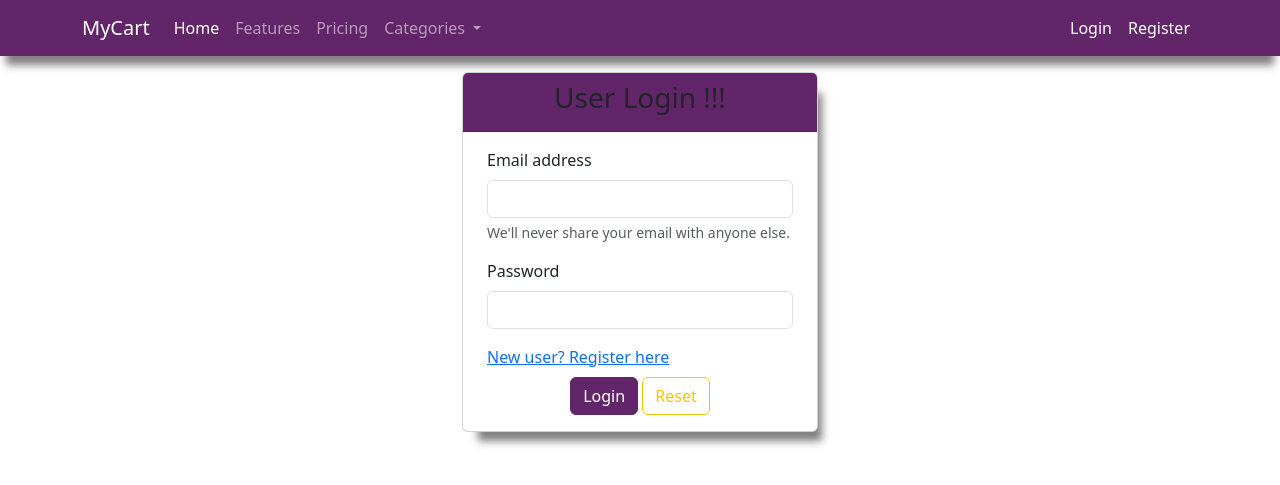
Repository: siddhant-gore/java-ecommerce
Page: http://localhost/myCart/login.jsp
These files come from the project's save history. The page is drawn as it stood at one moment and after the next save; the edit follows.
The browser window is 1280 px wide. The pictures show the whole page.
The page is served by Tomcat 9.

Above is the page before, as saved 2023-05-09 17:55:36.

After the next save:
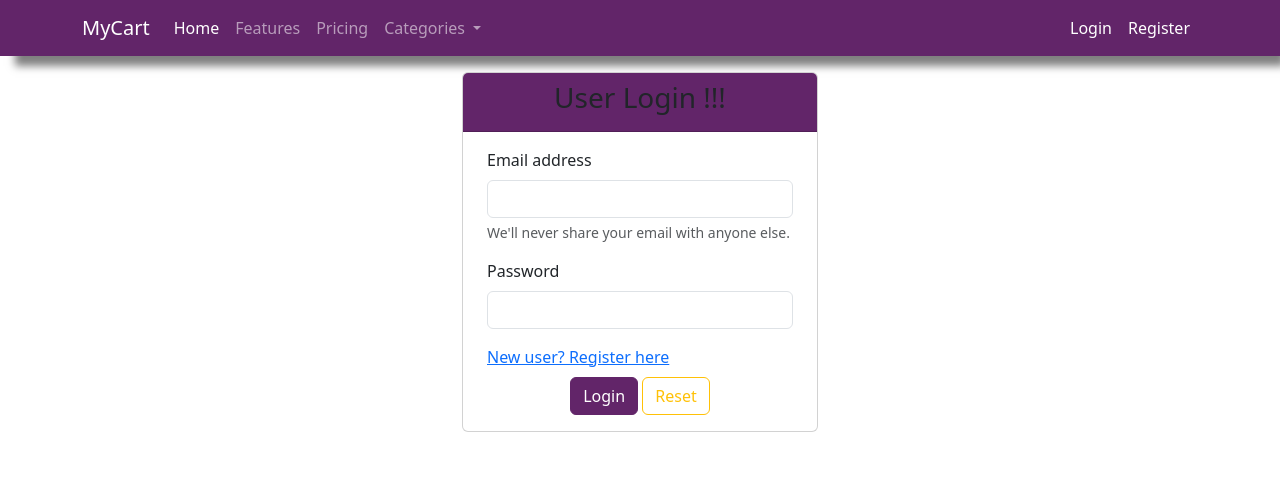
Saved 2 min 33 s later.
--- a/myCart/src/main/webapp/css/style.css
+++ b/myCart/src/main/webapp/css/style.css
@@ -9,12 +9,9 @@
 }
 
 .element-shadow{
-	box-shadow: 0px 15px 8px -6px rgba(0, 0, 0, .5);
+	box-shadow: 10px 15px 8px -5px rgba(0, 0, 0, .5);
 }
 
-.mycart-form-shadow{
-	box-shadow: 10px 15px 8px -6px rgba(0, 0, 0, .5);
-}
 
 .mycart-btn{
 	background:  var(--theme-color) !important;
